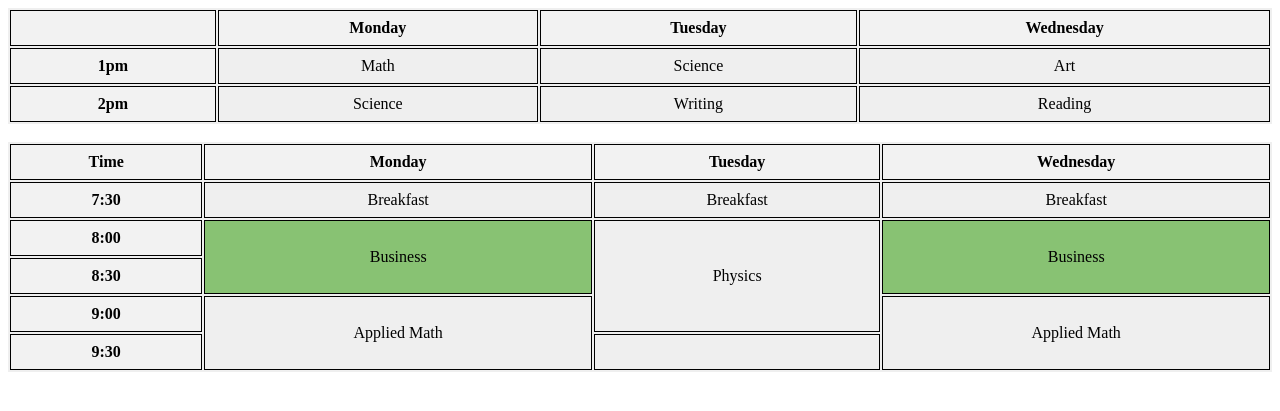
Repository: jefflai0412/website_design
Page: task1.html
These files come from the project's save history. The page is drawn as it stood at one moment and after the next save; the edit follows.
The browser window is 1280 px wide. The pictures show the whole page.

Above is the page before, as saved 2024-10-18 14:00:53.

After the next save:
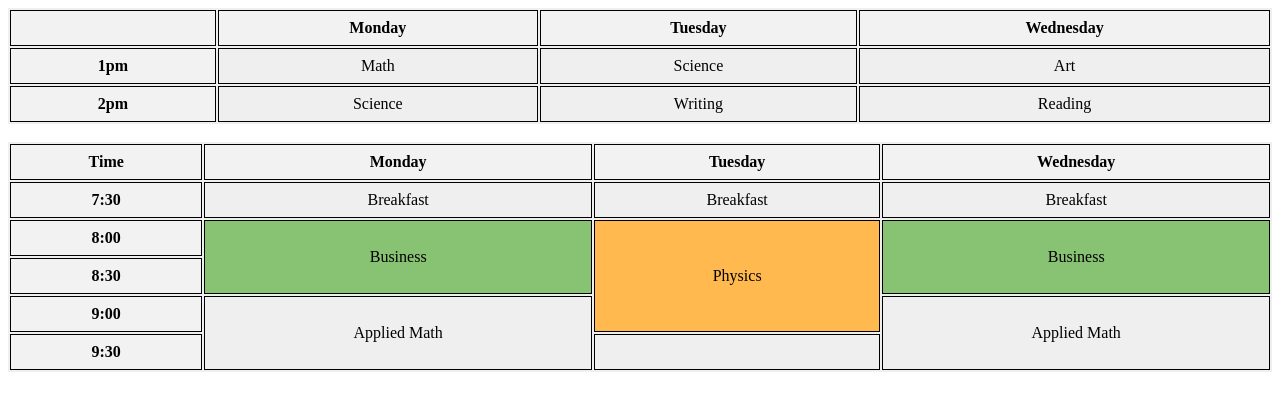
Saved 42 s later.
--- a/task1.html
+++ b/task1.html
@@ -63,7 +63,7 @@
         <tr>
             <th scope="row">8:00</th>
             <td rowspan="2" bgcolor="#88C273">Business</td>
-            <td rowspan="3">Physics</td>
+            <td rowspan="3" bgcolor="#ffb94f">Physics</td>
             <td rowspan="2" bgcolor="#88C273">Business</td>
         </tr>
         <tr>
